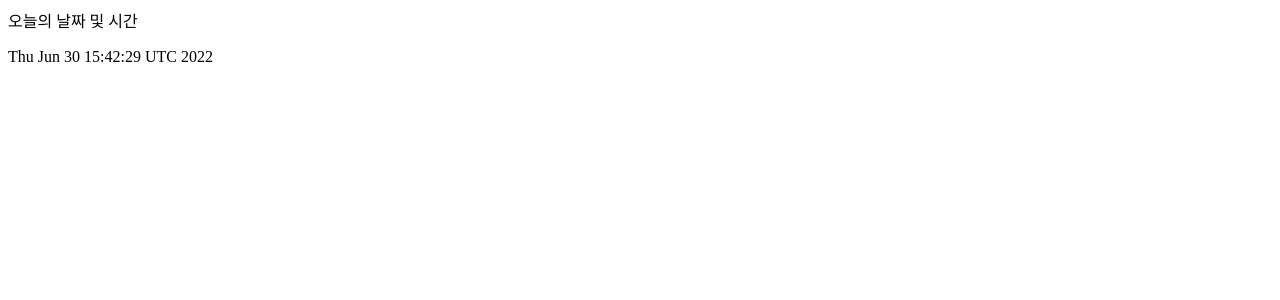
Repository: ekslffh/jsp-project
Page: http://localhost/JSPBook/ch04/param02.jsp
An editor plug-in stored every save of this project. The page is shown before and after the next save, followed by the edit.
The browser window is 1280 px wide. The pictures show the whole page.
The page is served by Tomcat 9. Other server files are loaded and not shown.

Above is the page before, as saved 2022-07-05 13:23:00.

### JSPBook/src/main/webapp/ch04/param02.jsp
<%@ page contentType="text/html; charset=utf-8"%>
<html>
<head>
<title>Action Tag</title>
</head>
<body>
	<p>오늘의 날짜 및 시간</p>
	<p><%=(new java.util.Date())%></p>
</body>
</html>

After the next save:
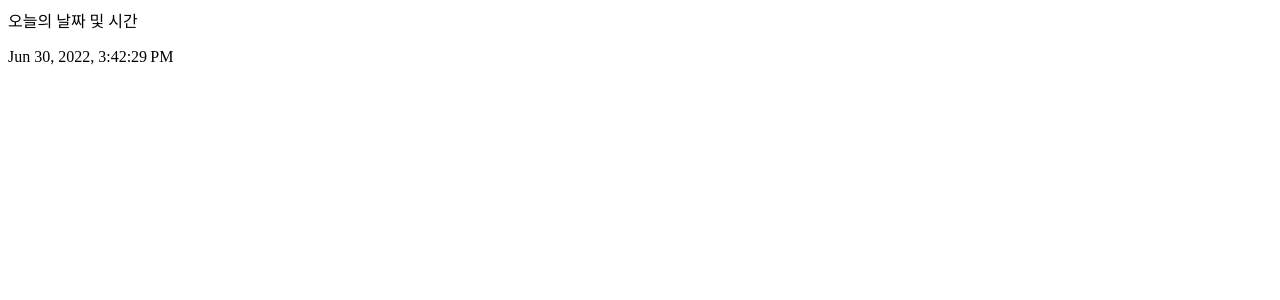
Saved 11 s later.
--- a/JSPBook/src/main/webapp/ch04/param02.jsp
+++ b/JSPBook/src/main/webapp/ch04/param02.jsp
@@ -5,6 +5,6 @@
 </head>
 <body>
 	<p>오늘의 날짜 및 시간</p>
-	<p><%=(new java.util.Date())%></p>
+	<p><%=(new java.util.Date()).toLocaleString()%></p>
 </body>
 </html>

After the save that followed:
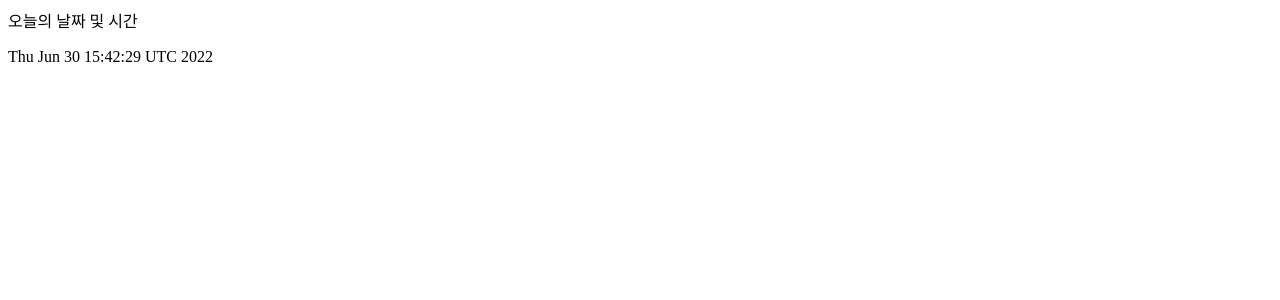
Saved 37 s later.
--- a/JSPBook/src/main/webapp/ch04/param02.jsp
+++ b/JSPBook/src/main/webapp/ch04/param02.jsp
@@ -5,6 +5,6 @@
 </head>
 <body>
 	<p>오늘의 날짜 및 시간</p>
-	<p><%=(new java.util.Date()).toLocaleString()%></p>
+	<p><%=(new java.util.Date())%></p>
 </body>
 </html>
